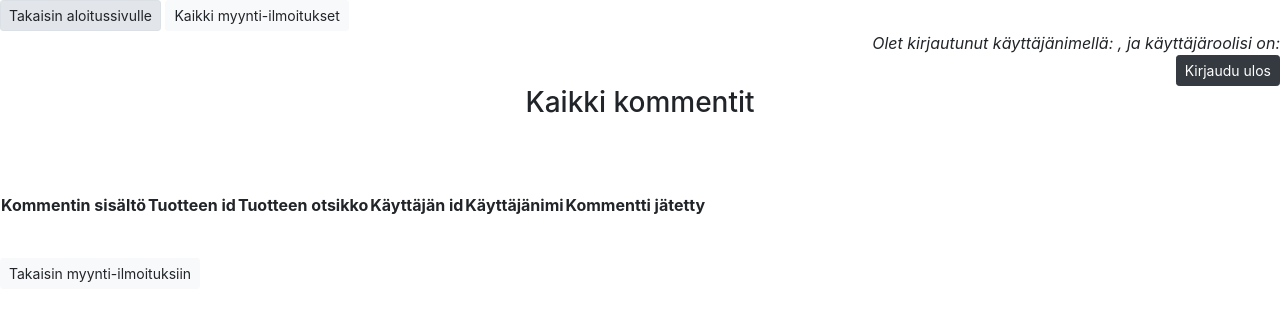
Repository: LiljestromNadja/Backend_s2023_harjoitustyo
Page: http://localhost/allComments
The author's editor kept a copy of each file at every save. The page is drawn from the files as they stood at one save, then again after the next save.
The browser window is 1280 px wide. The pictures show the whole page.
The page is this project's Thymeleaf template; nobody is signed in. The template is opened directly, without the code that normally fills it, so the values that code supplies are empty.

Above is the page before, as saved 2023-11-09 18:04:46.

### harkkas23v01/src/main/resources/templates/allComments.html
<!DOCTYPE HTML>
<html xmlns:th="http://www.thymeleaf.org">
	<head>
	<title>Kaikki kommentit</title>
	<meta http-equiv="Content-Type" content="text/html; charset=UTF-8" />
	<!-- Bootstrap-linkki vaihdettu 30-10-2023 -->
	<link rel="stylesheet" href="https://cdn.jsdelivr.net/npm/bootstrap@4.0.0/dist/css/bootstrap.min.css" integrity="sha384-Gn5384xqQ1aoWXA+058RXPxPg6fy4IWvTNh0E263XmFcJlSAwiGgFAW/dAiS6JXm" crossorigin="anonymous"> <!-- Lisättiin tyyli, bootstrap 4.0 -->
	<!-- Lisättiin tyyli, bootstrap 4.0 -->
	</head>
	<body>
		<div>
			<a href="/index"><button class="text-left btn btn-light btn-sm">Takaisin aloitussivulle</button></a>
			<a href="/articlelist"><button class="text-left btn btn-light btn-sm">Kaikki myynti-ilmoitukset</button></a>
		</div>

		<div class="text-right">
			<i>Olet kirjautunut käyttäjänimellä: <b sec:authentication="name"></b>,
			ja käyttäjäroolisi on: <b sec:authentication="principal.authorities"></b></i>

			<br>
			<form class="text-right" th:action="@{/logout}" method="post">
				<input type="submit" value="Kirjaudu ulos" class="btn btn-sm btn-dark" />
			</form>

		</div>

		<h3 style="text-align: center">Kaikki kommentit</h3>

		<div style="clear: both; display: block; height: 40px;"></div>

		<table>
			<tr>
				<th>Kommentin sisältö</th> <!-- th == tableHeader -->
				<th>Tuotteen id</th>
				<th>Tuotteen otsikko</th>
				<th>Käyttäjän id</th>
				<th>Käyttäjänimi</th>
				<th>Kommentti jätetty</th>
				<th sec:authorize="hasAuthority('ADMIN')">Adminin alue</th>
				</br>
			</tr>

			<tr th:each="comment : ${comments}">
				<td th:text="${comment.commentmessage}"></td>
				<td th:text="${comment?.article?.id}"></td>
				<td th:text="${comment?.article?.title}"></td>
				<td th:text="${comment?.applicationuser?.id}"></td>
				<td th:text="${comment?.applicationuser?.username}"></td>
				<td th:text="${comment.commentcreated}"></td>

				<!-- Vain ADMIN-roolin omaavalla on oikeus poistaa kommentteja -->
				<td sec:authorize="hasAuthority('ADMIN')"><a th:href="@{/deleteComment/{id}(id=${comment.commentid})}" class="btn btn-xs btn-danger btn-sm">Delete</a></td>
			</tr>
		</table>

		<div style="clear: both; display: block; height: 40px;"></div>

		<a href="/articlelist"><button class="text-left btn btn-light btn-sm">Takaisin myynti-ilmoituksiin</button></a>


		<!-- USER tai ADMIN voi lisätä kommentin. Alloleva linkki osoittaa endpointiin chooseArticleToComment,
		jossa kommentti liitetään käyttäjän listauksesta valitsemaan myynti-ilmoitukseen-->
		<a sec:authorize="hasAuthority('ADMIN') or hasAuthority('USER')"  th:href="@{chooseArticleToComment/}">
			<button class="text-left btn btn-dark btn-sm">Kommentoi valitsemaasi ilmoitusta</button>
		</a>

	</body>
</html>

After the next save:
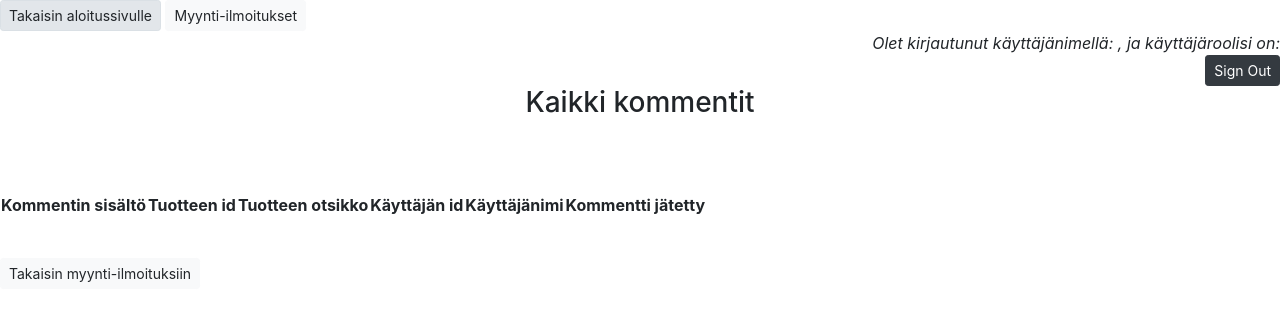
Saved 12 s later.
--- a/harkkas23v01/src/main/resources/templates/allComments.html
+++ b/harkkas23v01/src/main/resources/templates/allComments.html
@@ -10,20 +10,19 @@
 	<body>
 		<div>
 			<a href="/index"><button class="text-left btn btn-light btn-sm">Takaisin aloitussivulle</button></a>
-			<a href="/articlelist"><button class="text-left btn btn-light btn-sm">Kaikki myynti-ilmoitukset</button></a>
+			<a href="/articlelist"><button class="text-left btn btn-light btn-sm">Myynti-ilmoitukset</button></a>
 		</div>
 
 		<div class="text-right">
 			<i>Olet kirjautunut käyttäjänimellä: <b sec:authentication="name"></b>,
-			ja käyttäjäroolisi on: <b sec:authentication="principal.authorities"></b></i>
+				ja käyttäjäroolisi on: <b sec:authentication="principal.authorities"></b></i>
 
 			<br>
 			<form class="text-right" th:action="@{/logout}" method="post">
-				<input type="submit" value="Kirjaudu ulos" class="btn btn-sm btn-dark" />
+				<input type="submit" value="Sign Out" class="btn btn-sm btn-dark" />
 			</form>
 
 		</div>
-
 		<h3 style="text-align: center">Kaikki kommentit</h3>
 
 		<div style="clear: both; display: block; height: 40px;"></div>
